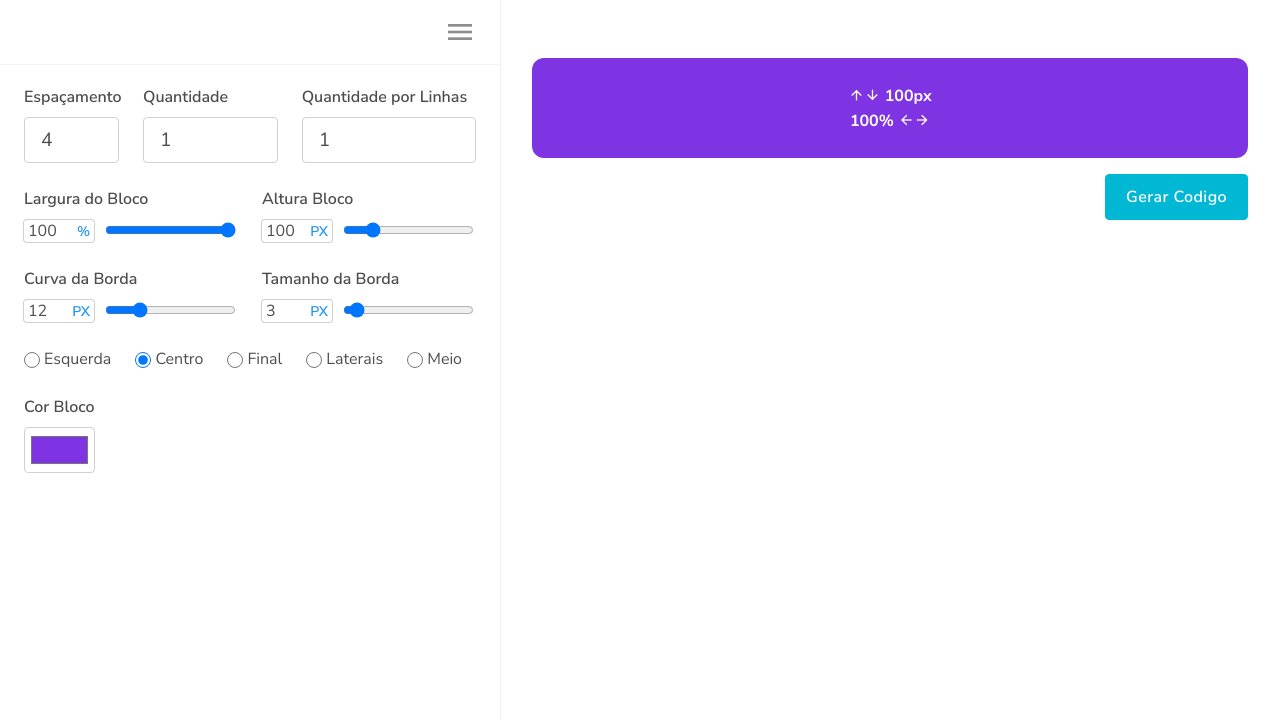
Repository: Flintdl/lowcode-elements
Page: /
These files come from the project's save history. The page is drawn as it stood at one moment and after the next save; the edit follows.
The browser window is 1280 px wide. The pictures show the whole page.
The project was rebuilt for these pictures with package versions that can differ from the ones it lists, and the page was loaded fresh each time. Also part of the build but not shown: vue.config.js.

Above is the page before, as saved 2022-04-05 14:38:08.

After the next save:
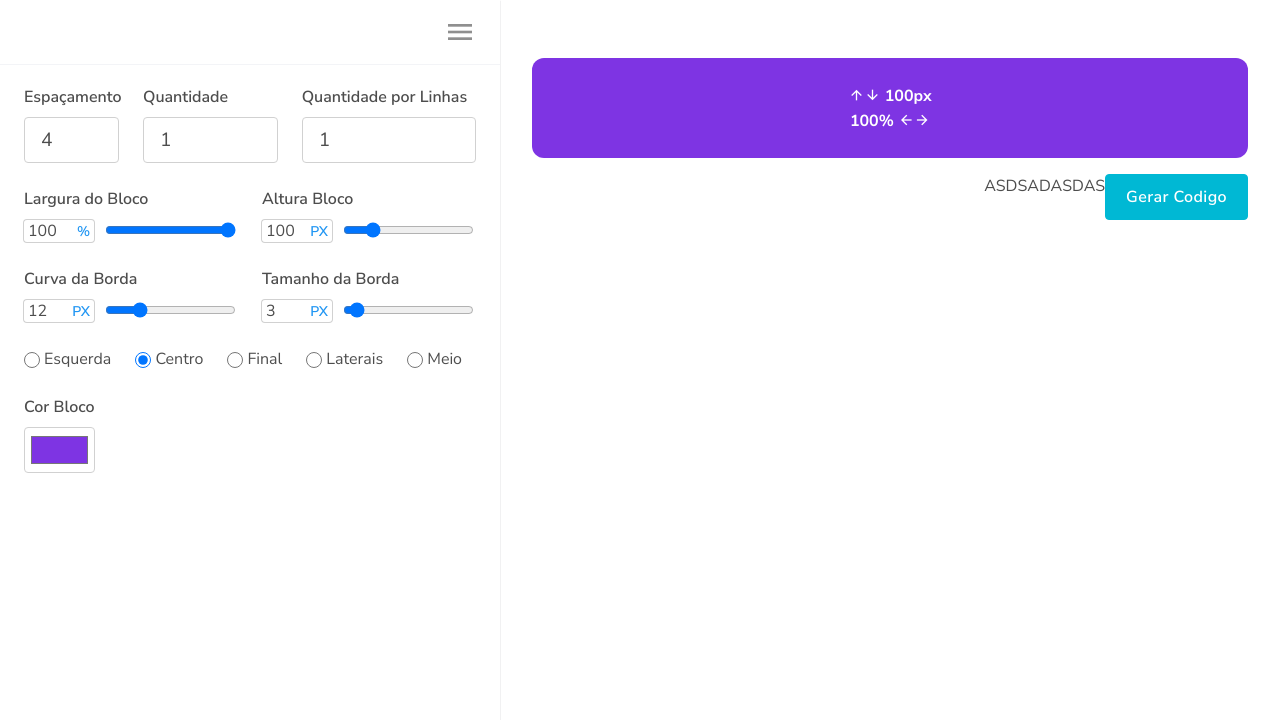
Saved 21 s later.
--- a/src/views/HomeView.vue
+++ b/src/views/HomeView.vue
@@ -38,7 +38,7 @@
         </div>
       </div>
       <div class="sf-col-12 sf-mt-3 sf-display-flex sf-justify-content-end">
-        {{ inputBorder }}
+        ASDSADASDAS {{ inputBorder }}
         <button class="sf-btn sf-btn-primary" @click="gerarCodigo">
           Gerar Codigo
         </button>
